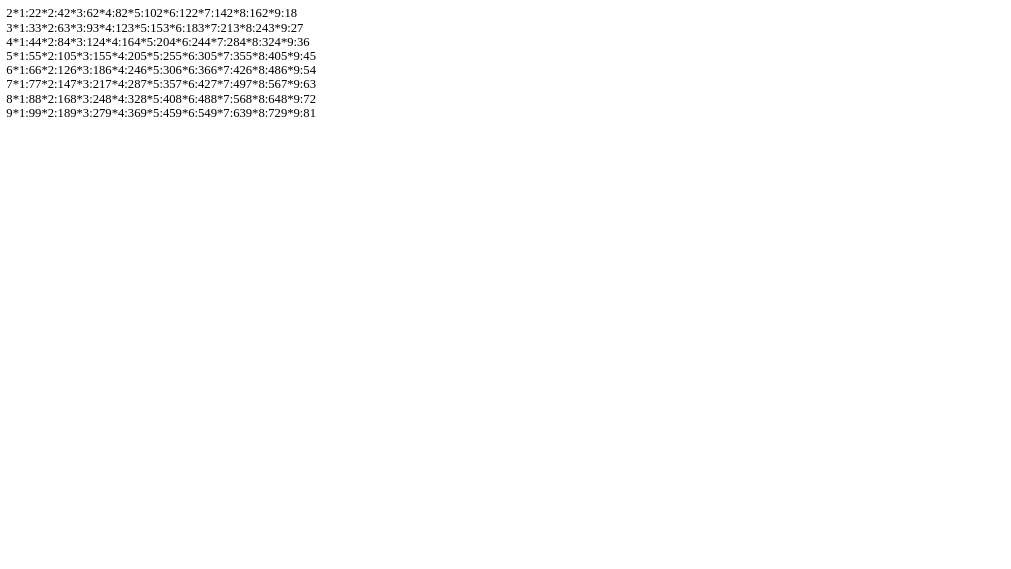
Repository: wo2jin/Sever
Page: http://localhost/TestWeb13/example.jsp
The author's editor kept a copy of each file at every save. The page is drawn from the files as they stood at one save, then again after the next save.
The browser window is 1280 px wide. The pictures show the whole page, at 79% of full size.
The page is served by Tomcat 9.

Above is the page before, as saved 2020-05-19 01:51:41.

After the next save:
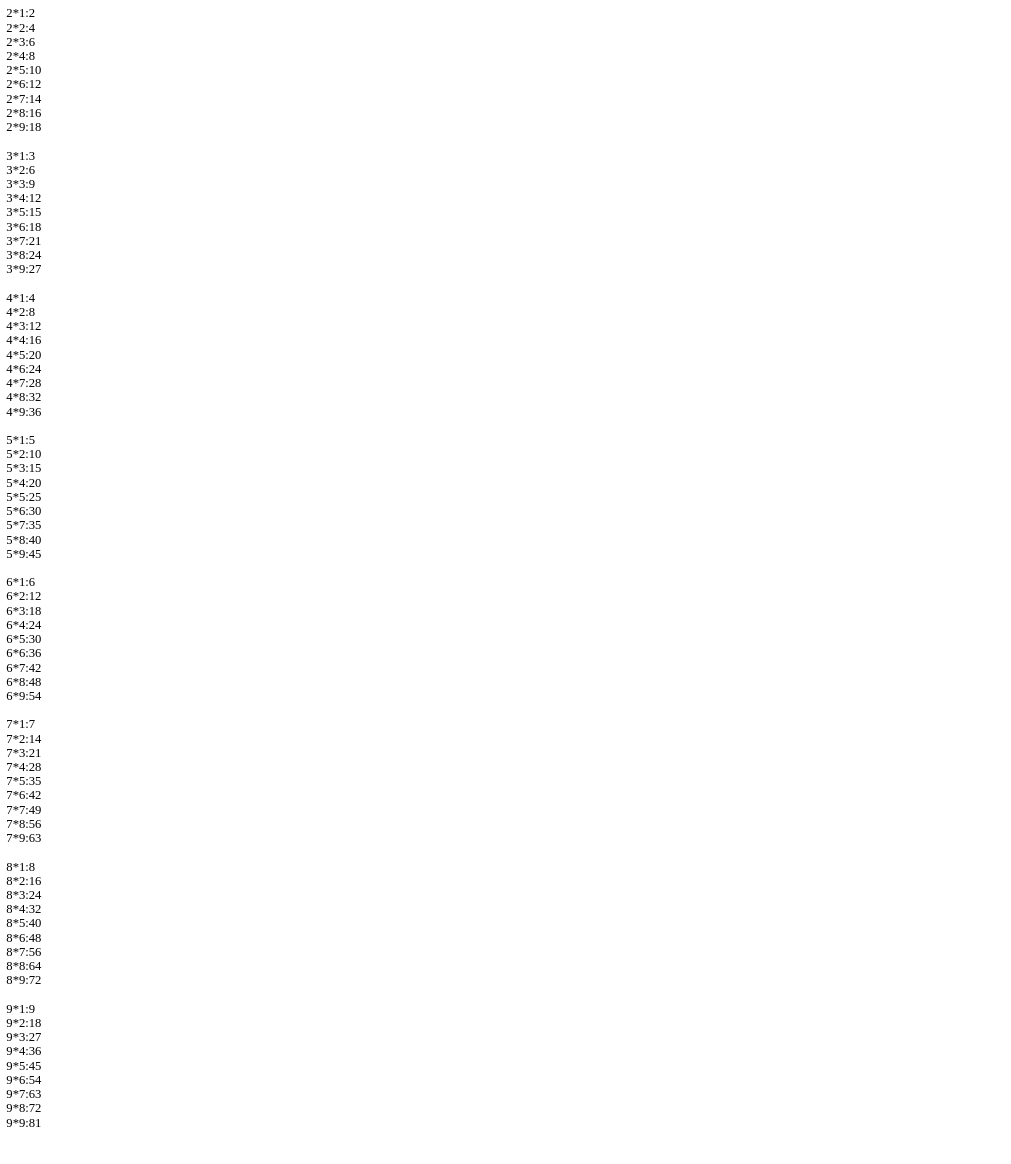
Saved 17 s later.
--- a/Sever/TestWeb13/WebContent/example.jsp
+++ b/Sever/TestWeb13/WebContent/example.jsp
@@ -11,9 +11,10 @@
 	for(int i =2;i<10;i++){
 		for(int j =1;j<10;j++){
 			out.print(i+"*"+j+":"+(i*j));
+			%><br><%
 		}
 		%><br><%
-	}
+	}%><br><%
 %>
 
 </body>
